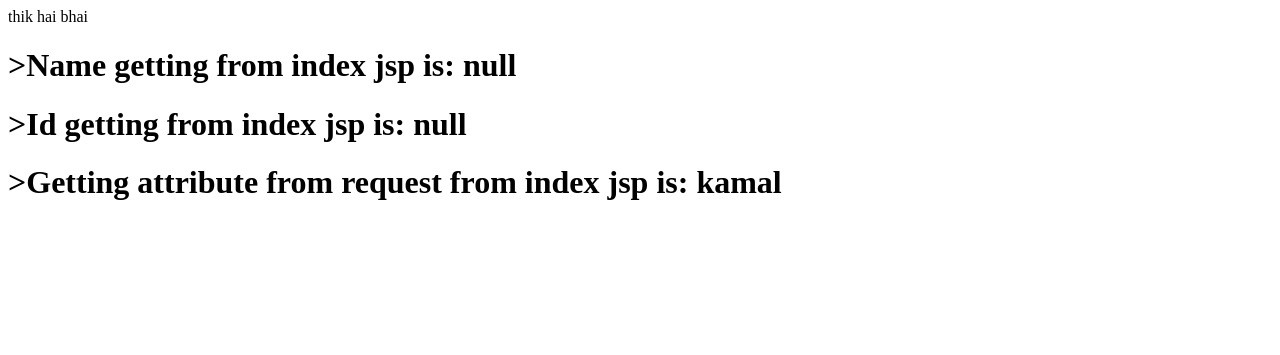
Repository: kamalsingh7290/ServletANDjsp
Page: http://localhost/JSP_Req_Resp/
The author's editor kept a copy of each file at every save. The page is drawn from the files as they stood at one save, then again after the next save.
The browser window is 1280 px wide. The pictures show the whole page.
The page is served by Tomcat 9.

Above is the page before, as saved 2022-01-25 17:19:12.

After the next save:
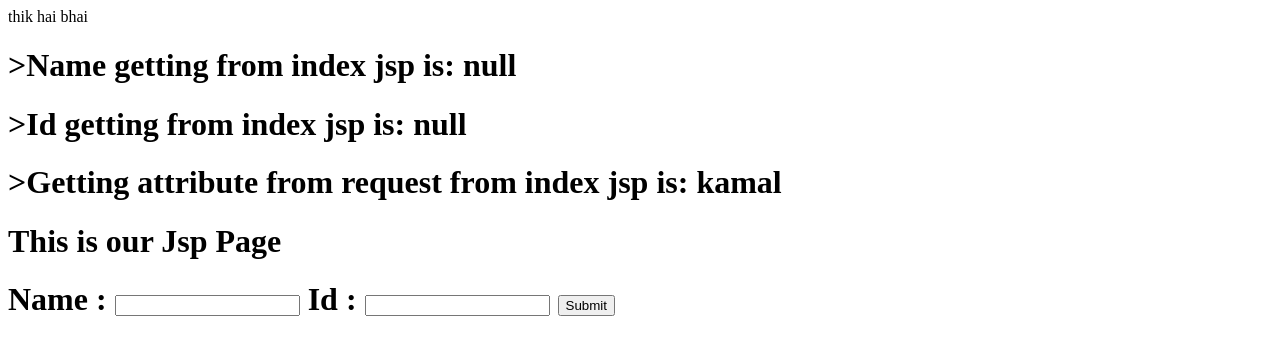
Saved 10 s later.
--- a/JSP_Req_Resp/src/main/webapp/Index.jsp
+++ b/JSP_Req_Resp/src/main/webapp/Index.jsp
@@ -13,7 +13,7 @@
 	Name : <input type="text" name="fname">
 	Id : <input type="text" name="id">
 	<input type="submit">
-	<%request.getRequestDispatcher("NewFile.jsp").forward(request, response); %>
+	<%request.getRequestDispatcher("NewFile.jsp").include(request, response); %>
 	</form>
 </body>
 </html>
